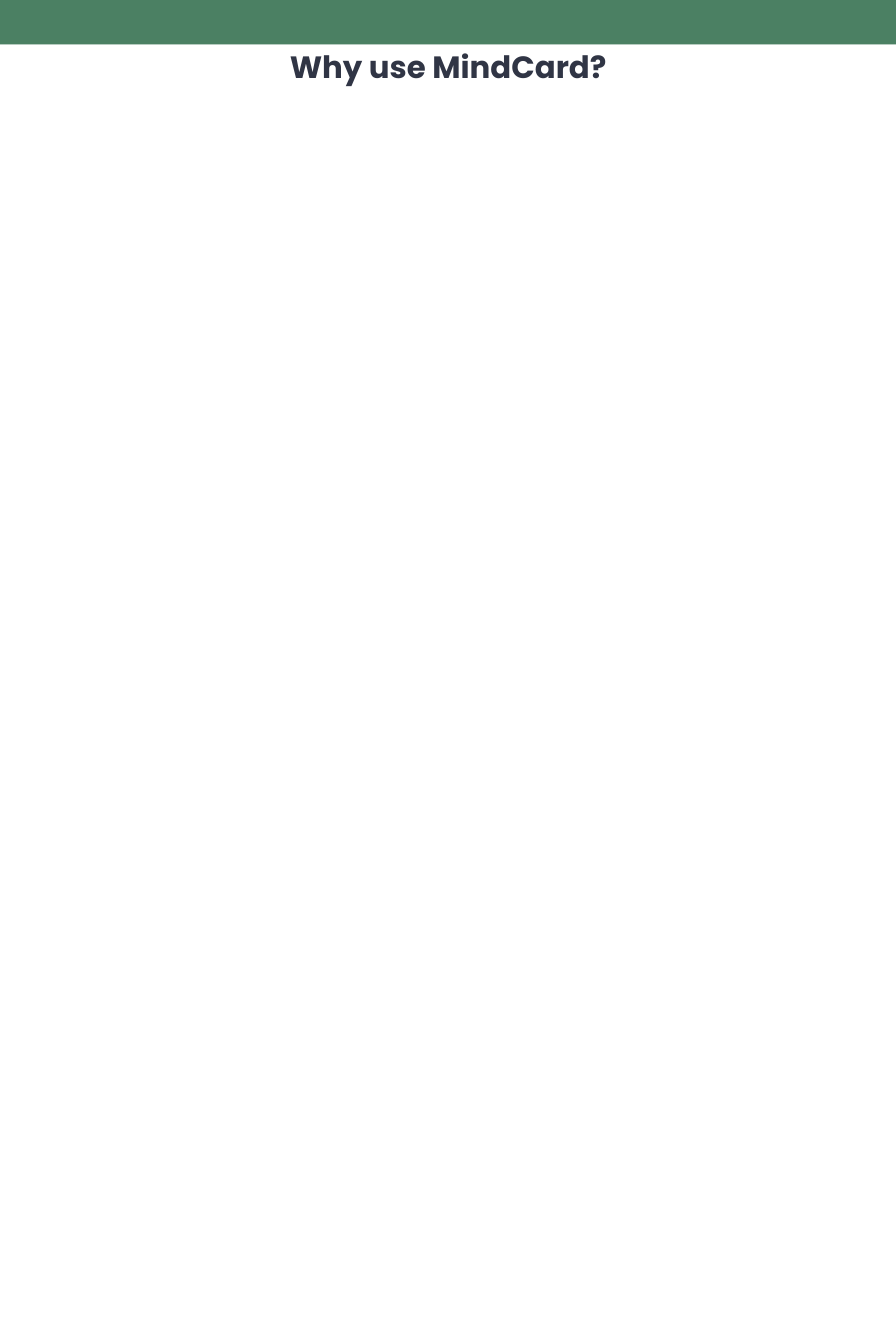
Repository: quangbeuu/Flashcard
Page: nháp/home.html
These files come from the project's save history. The page is drawn as it stood at one moment and after the next save; the edit follows.
The browser window is 1280 px wide. The pictures show the part of the page from y = 768 to 2668 px (the page is 10000 px tall), at 70% of full size.
Some web fonts or font styles are not loaded; a fallback is used. Some web libraries are served in a nearby version.

Above is the page before, as saved 2022-03-06 18:18:03.

### nháp/home.html
<!DOCTYPE html>
<html lang="en">
  <head>
    <meta charset="UTF-8" />
    <meta http-equiv="X-UA-Compatible" content="IE=edge" />
    <meta name="viewport" content="width=device-width, initial-scale=1.0" />
    <title>Learning with flashcards - for free!!</title>
    <!-- Shortcut icon -->
    <link rel="shortcut icon" href="../assets/img/logo-icon.png" />
    <!-- Tailwind -->
    <script src="https://cdn.tailwindcss.com"></script>
    <!-- Google font -->
    <link rel="preconnect" href="https://fonts.googleapis.com" />
    <link rel="preconnect" href="https://fonts.gstatic.com" crossorigin />
    <link
      href="https://fonts.googleapis.com/css2?family=Calistoga&display=swap"
      rel="stylesheet"
    />

    <link rel="preconnect" href="https://fonts.googleapis.com" />
    <link rel="preconnect" href="https://fonts.gstatic.com" crossorigin />
    <link
      href="https://fonts.googleapis.com/css2?family=Fredoka:wght@300;400;500;600;700&family=Poppins:wght@100;200;300;400;500;600;700;800;900&display=swap"
      rel="stylesheet"
    />
    <!-- custom css -->
    <link rel="stylesheet" href="../assets/css/custom.css" />
  </head>
  <body class="h-[10000px]">
    <div id="app">
      <!-- container -->
      <div>
        <!-- Header -->
        <div
          class="max-h-[63px] flex items-center justify-between py-[15px] px-[20px] fixed bg-white z-30 w-full"
        >
          <!-- Left -->
          <div class="flex items-center">
            <!-- logo -->
            <div>
              <a href="">
                <img
                  src="../assets/img/logo2.png"
                  alt="logo"
                  class="h-[48px]"
                />
              </a>
            </div>
            <!-- Menu -->
            <ul
              class="flex text-[16px] font-medium text-[#2e3856] items-center"
            >
              <li class="ml-[16px]"><a href="#">Home</a></li>
              <li class="ml-[16px]"><a href="#">Mindmap</a></li>
              <li class="ml-[16px]"><a href="#">About</a></li>
              <li>
                <button
                  type="submit"
                  class="text-[16px] font-medium ml-[18px] px-[12px] py-[6px] bg-[#8fb397] text-white rounded-[0.25rem] hover:bg-[#4b8063] transition duration-100ms ease-in"
                >
                  Create
                </button>
              </li>
            </ul>
          </div>
          <!-- Right -->
          <div class="text-[#2e3856]">
            <button
              type="submit"
              class="text-[16px] font-medium mr-[18px] px-[12px] py-[6px] bg-white rounded-[0.25rem] hover:bg-[#f6f7fb] transition duration-100ms ease-in"
            >
              Log in
            </button>
            <button
              type="submit"
              class="text-[16px] font-medium px-[12px] py-[6px] bg-[#ffcd1f] rounded-[0.25rem] hover:bg-[#ffdc62] transition duration-100ms ease-in"
            >
              Sign up
            </button>
          </div>
        </div>
        <!-- Poster -->
        <div class="w-full bg-[#4b8063] p-[64px]">
          <div class="mt-[64px] w-full h-full relative bg-radient z-2">
            <img
              src="../img-test/img02.jpg"
              alt="logo-poster"
              class="h-[640px] w-[1300px] rounded-[1.5rem] object-cover block"
            />
            <div
              class="absolute bottom-0 z-20 flex justify-between w-full items-center"
            >
              <div class="text-white max-w-[30rem] m-[48px]">
                <h1 class="text-[44px] font-bold mb-[16px]">
                  Learn for your future. MindCard.
                </h1>
                <p class="text-[20px] font-normal">
                  With our ever-effective flashcards, eye-catching mindmap
                  system, get a suite of science-backed study tools at your
                  fingertips.
                </p>
              </div>
              <button
                class="text-[16px] text-white font-semibold px-[32px] py-[20px] bg-[#8fb397] rounded-lg hover:bg-[#4b8063] m-[48px] transition duration-100ms ease-in"
              >
                Get started
              </button>
            </div>
          </div>
        </div>
        <!-- Why -->
        <section>
          <h1 class="text-[44px] text-[#303545] font-bold w-full text-center">
            Why use MindCard?
          </h1>
        </section>
      </div>
    </div>
    <!-- Thư viện Ionicons -->
    <script src="https://unpkg.com/ionicons@5.0.0/dist/ionicons.js"></script>
    <!-- <script src="index.js" type="module"></script> -->
  </body>
</html>

### assets/css/custom.css
* {
  box-sizing: border-box;
}
body,
input,
button {
  font-size: 62.5%;
  font-family: "Poppins", sans-serif;
  /* font-family: "Fredoka", sans-serif; */
  font-size: 14px;
  line-height: 1;
}

/* 1. Login */
.f-calistoga {
  font-family: "Calistoga", cursive;
  font-size: 2.8rem;
}

.box-shadow1 {
  box-shadow: rgba(100, 100, 111, 0.2) 0px 7px 29px 0px;
}

/* Làm đường line */

.line {
  position: relative;
  text-align: center;
}

.line::after {
  content: "";
  position: absolute;
  width: 100%;
  height: 2px;
  background-color: #e8e8e8;
  left: 0;
  top: 50%;
  transform: translateY(-50%);
}

.line-text {
  padding: 10px;
  background-color: white;
  position: relative;
  z-index: 2;
  font-size: 18px;
}

/* 2. Home */
.bg-radient::after {
  background: linear-gradient(
    154.61deg,
    rgba(19, 20, 27, 0) 40.48%,
    black 107.87%
  );
  border-radius: 1.5rem;
  bottom: 0;
  content: "";
  left: 0;
  position: absolute;
  right: 0;
  top: 0;
  transform: matrix(-1, 0, 0, 1, 0, 0);
}

/* Why */

.feroda-font {
  font-family: "Fredoka", sans-serif;
}

After the next save:
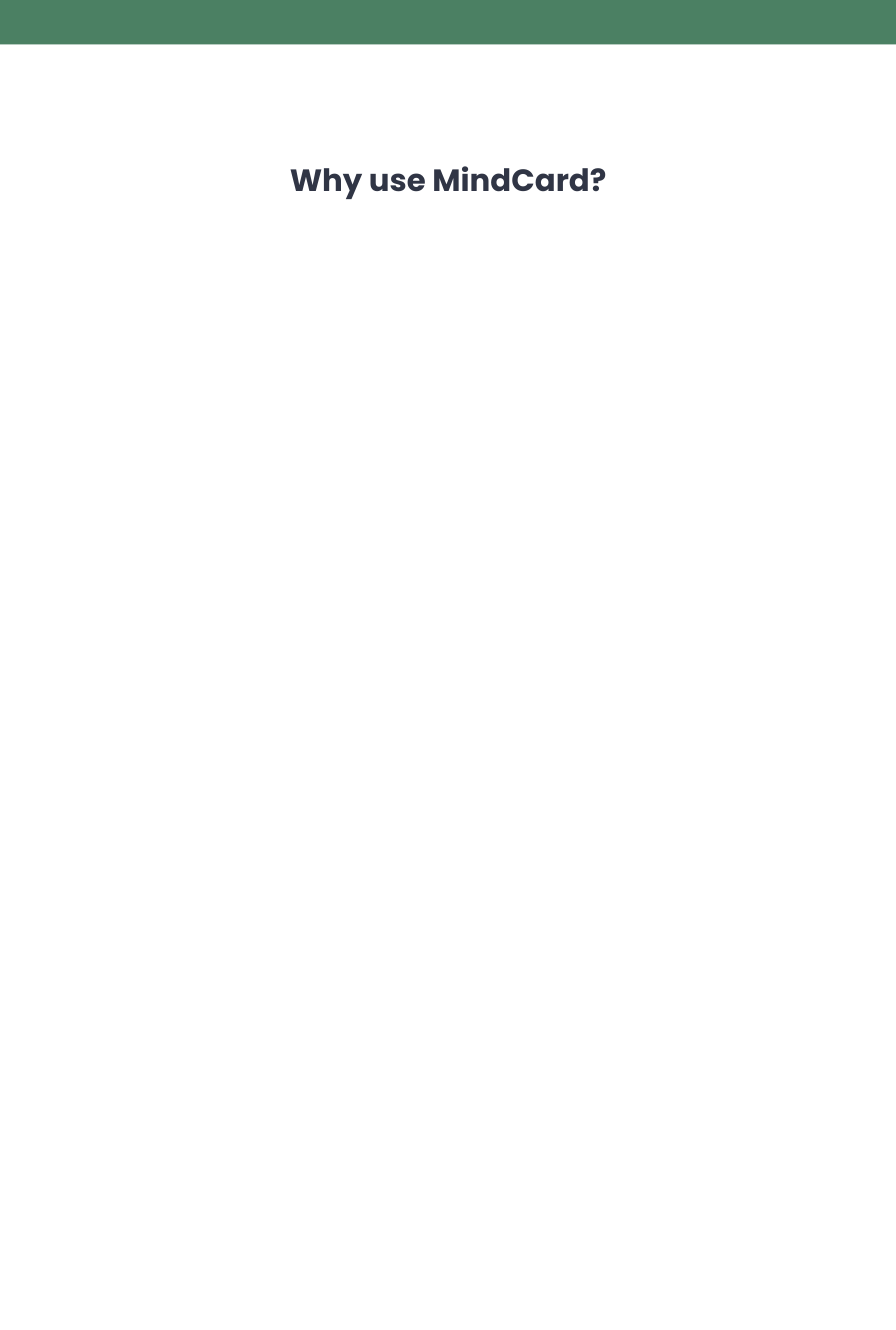
Saved 65 s later.
--- a/nháp/home.html
+++ b/nháp/home.html
@@ -110,7 +110,9 @@
         </div>
         <!-- Why -->
         <section>
-          <h1 class="text-[44px] text-[#303545] font-bold w-full text-center">
+          <h1
+            class="text-[44px] text-[#303545] font-bold w-full text-center pt-[162px]"
+          >
             Why use MindCard?
           </h1>
         </section>
